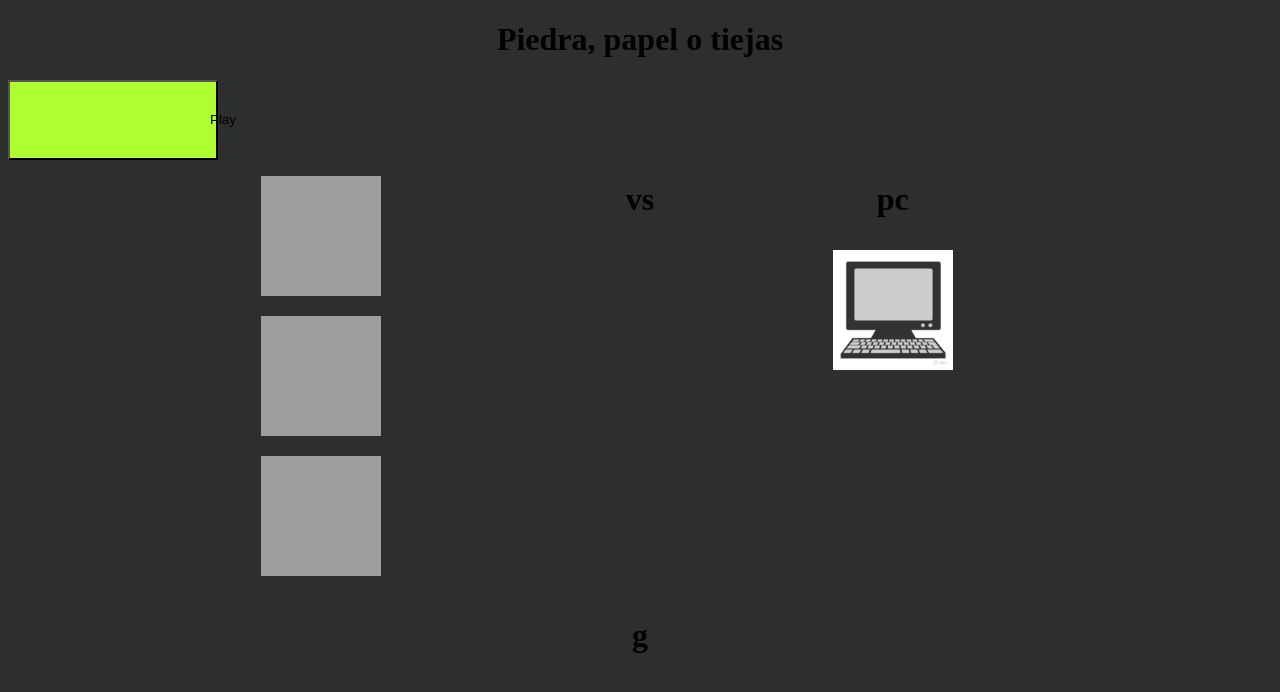
Repository: Kevin8548/FundamentosJS
Page: scissors.html
The author's editor kept a copy of each file at every save. The page is drawn from the files as they stood at one save, then again after the next save.
The browser window is 1280 px wide. The pictures show the whole page.
Pictures or frames that could not be fetched are drawn as grey boxes.

Above is the page before, as saved 2024-09-23 05:49:20.
Console error: SyntaxError: Unexpected token ';'

### scissors.html
<!DOCTYPE html>
<html lang="en">
<head>
    <meta charset="UTF-8">
    <meta name="viewport" content="width=device-width, initial-scale=1.0">
    <title>Document</title>
    <link rel="stylesheet" href="style.css">
</head>
<body>
    <div class="content"></div>
    <script src="./concepts/scissors.js"></script>
    <h1>Piedra, papel o tiejas</h1>
    <button>Play</button>
    <div class="parent">


        <div class="div2">
            <p><img src="img/descarga.jpeg" alt=""></p>
            <p><img src="img/scissor-icon-transparent-free-png.webp" alt=""></p>
            <p><img src="img/png-clipart-paper-leaf-leaf-white-leaf-thumbnail.png" alt=""></p>
        </div>

        <div class="div3"><h1>vs</h1> </div>

        <div class="div4"> <h1>pc
            <p><img src="img/2775.png" alt=""></p>
        </h1></div>

        <div class="div5"><h1>g</h1> </div>

        </div>
</body>
</html>

### style.css
.parent {
display:grid ;
grid-template-columns: repeat(5, 1fr);
grid-template-rows: repeat(1.5, 1fr);
grid-column-gap: 0px;
grid-row-gap: 0px;
}

.div1 { grid-area: 1 / 3 / 2 / 4; }
.div2 { grid-area: 3 / 2 / 4 / 3; }
.div3 { grid-area: 3 / 3 / 4 / 4; }
.div4 { grid-area: 3 / 4 / 4 / 5; }
.div5 { grid-area: 5 / 3 / 6 / 4; }

h1{
text-align: center;
}

img{
width: 120px;
height: 120px;
}

body{
background-color: rgb(45, 46, 46);
}

button {
    background-color: greenyellow;
    width: 100px;
    height: 80px;
    padding-left: 200px;
}

### concepts/scissors.js
const btnPLay = ;
const divUser = ;
const divMaq = ;
const message = ;

const play = () => {
    const choiceUser = prompt ('Elige; piedra, papel o tijeras');
    const aleatorio = Math.floor(Math.random() * 3);
    //Todo
    //Si aleatorio = 0 choicemaq= piedra y asi para 1  y 2
    //Comparaciones para determinar ganador
}

After the next save:
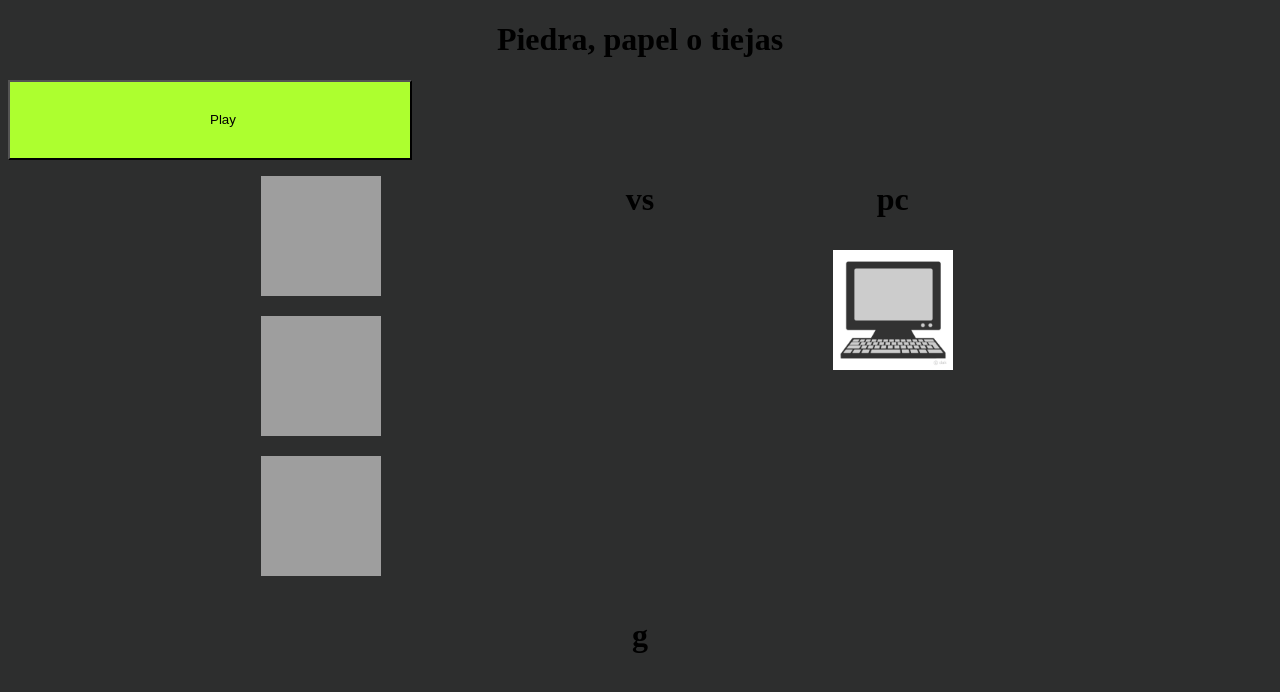
Saved 9 s later.
--- a/style.css
+++ b/style.css
@@ -30,4 +30,5 @@ button {
     width: 100px;
     height: 80px;
     padding-left: 200px;
+    padding-right: 200px;
 }
